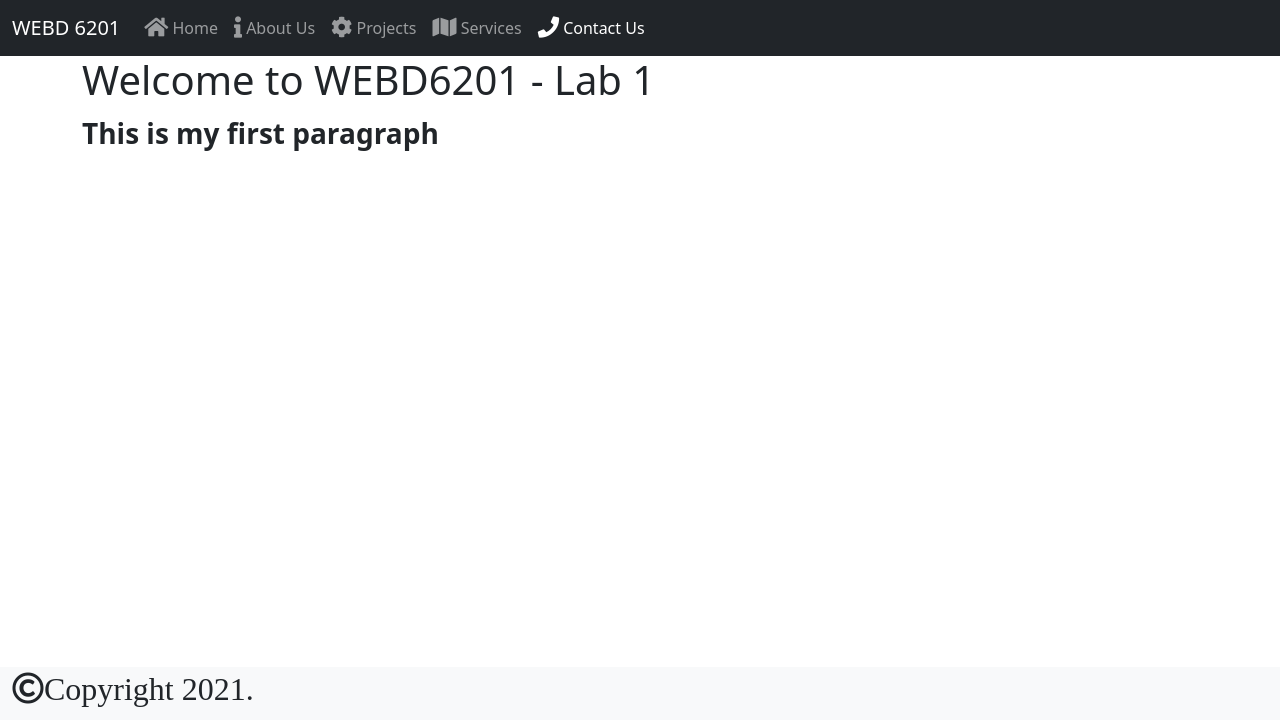
Repository: vans12345678/WEBD6201-W2021-Week3
Page: contact.html
These files come from the project's save history. The page is drawn as it stood at one moment and after the next save; the edit follows.
The browser window is 1280 px wide. The pictures show the whole page.

Above is the page before, as saved 2021-01-21 08:50:01.

### contact.html
<!DOCTYPE html>
<html lang="en">
<head>
    <meta charset="UTF-8">
    <meta name="viewport" content="width=device-width, initial-scale=1.0">
    <title>Contact Us</title>

    <!-- CSS Section -->
    <link rel="stylesheet" href="./node_modules/bootstrap/dist/css/bootstrap.min.css">
    <link rel="stylesheet" href="./node_modules/@fortawesome/fontawesome-free/css/all.min.css">
    <link rel="stylesheet" href="./Content/app.css">
</head>
<body>
  <!-- Main Header -->
    <header>
      <!-- Main Navigation -->
        <nav class="navbar navbar-expand-lg navbar-dark bg-dark">
            <div class="container-fluid">
              <a class="navbar-brand" href="index.html">WEBD 6201</a>
              <button class="navbar-toggler" type="button" data-bs-toggle="collapse" data-bs-target="#navbarSupportedContent" aria-controls="navbarSupportedContent" aria-expanded="false" aria-label="Toggle navigation">
                <span class="navbar-toggler-icon"></span>
              </button>
              <div class="collapse navbar-collapse" id="navbarSupportedContent">
                <ul class="navbar-nav me-auto mb-2 mb-lg-0">
                  <li class="nav-item">
                    <a class="nav-link " aria-current="page" href="index.html"><i class="fas fa-home fa-lg"></i> Home</a>
                  </li>

                  <li class="nav-item">
                    <a class="nav-link" aria-current="page" href="about.html"><i class="fas fa-info fa-lg"></i> About Us</a>
                  </li>

                  <li class="nav-item">
                    <a class="nav-link" aria-current="page" href="projects.html"><i class="fas fa-cog fa-lg"></i> Projects</a>
                  </li>

                  <li class="nav-item">
                    <a class="nav-link" aria-current="page" href="services.html"><i class="fas fa-map fa-lg"></i> Services</a>
                  </li>

                  <li class="nav-item">
                    <a class="nav-link active" aria-current="page" href="contact.html"><i class="fas fa-phone fa-lg"></i> Contact Us</a>
                  </li>
                </ul>
              </div>
            </div>
          </nav>
    </header>
  <!-- Main Contents -->
    <main class="container">
        <h1>Contact Us</h1>
        <p id="paragraphOne"></p>
    </main>
    <!-- Main Footer -->
    <footer>
        <nav class="navbar fixed-bottom navbar-light bg-light">
            <div class="container-fluid">
                <h4><i class="far fa-copyright fa-lg">Copyright 2021.</i></h4>
            </div>
          </nav>
    </footer>
    <!-- Script Section -->
    <script src="./node_modules/jquery/dist/jquery.min.js"></script>
    <script src="./node_modules/bootstrap/dist/js/bootstrap.bundle.min.js"></script>
    <script src="./Scripts/app.js"></script>
</body>
</html>

### Scripts/app.js
/* Custom JavaScript goes here */

//IIFE - Immediately Invoked Function Expression
//AKA - Anonymous Self-Executing Function
//Closure - limits scope leak

"use strict";

(function(){

    function Start()
    {
        console.log("App Started...");

        let paragraphOneText = "This is a simple site to demonstrate DOM Manipulation for ICE 1";
        let paragraphOneElement = document.getElementById("paragraphOne");

        paragraphOneElement.textContent = paragraphOneText;
        //paragraphOneElement.style = "color: blue; font-weight: bold;";
        paragraphOneElement.className = "fs-5 fw-bold text-center";

        //Step 1. document.createElement
        let newParagraph = document.createElement("p");
        //Step 2. Configure the element
        newParagraph.setAttribute("id", "paragraphTwo");
        newParagraph.textContent = "... And this is paragraph two";
        //Step 3. Select parent element
        let mainContent = document.getElementsByTagName("main")[0];
        //Step 4. Add / Insert the element
        mainContent.appendChild(newParagraph);

        newParagraph.className = "fs-6";

        //Another way of injecting content`
        let paragraphDiv = document.createElement('div');
        let paragraphThree =  `<p id = "paragraphThree" class = "fs-7 fw-bold">...And this is the Third paragraph</p>`;
        paragraphDiv.innerHTML = paragraphThree;
        // mainContent.innerHTML = paragraphThree;
        // console.log(paragraphOneElement);

        //insertion before node
        //newParagraph.before(paragraphDiv);

        //insertion after node
        newParagraph.after(paragraphDiv);

        //deletions
        //example of removing a single element
        //paragraphOneElement.remove();

        //example of removeChild
        mainContent.removeChild(paragraphOneElement);

        //update / modification
        //mainContent.firstElementChild.textContent = "Welcome home";

        mainContent.innerHTML =
        `<h1 id = "firstHeading">Welcome to WEBD6201 - Lab 1</h1>
        <p id = "paragraphOne" class = "fs-3 fw-bold">This is my first paragraph</p>
        `;


    }

    window.addEventListener("load", Start);

})();

Loaded but not shown: node_modules/bootstrap/dist/css/bootstrap.min.css (library); node_modules/@fortawesome/fontawesome-free/css/all.min.css (library); Content/app.css (common file); node_modules/jquery/dist/jquery.min.js (library); node_modules/bootstrap/dist/js/bootstrap.bundle.min.js (library)

After the next save:
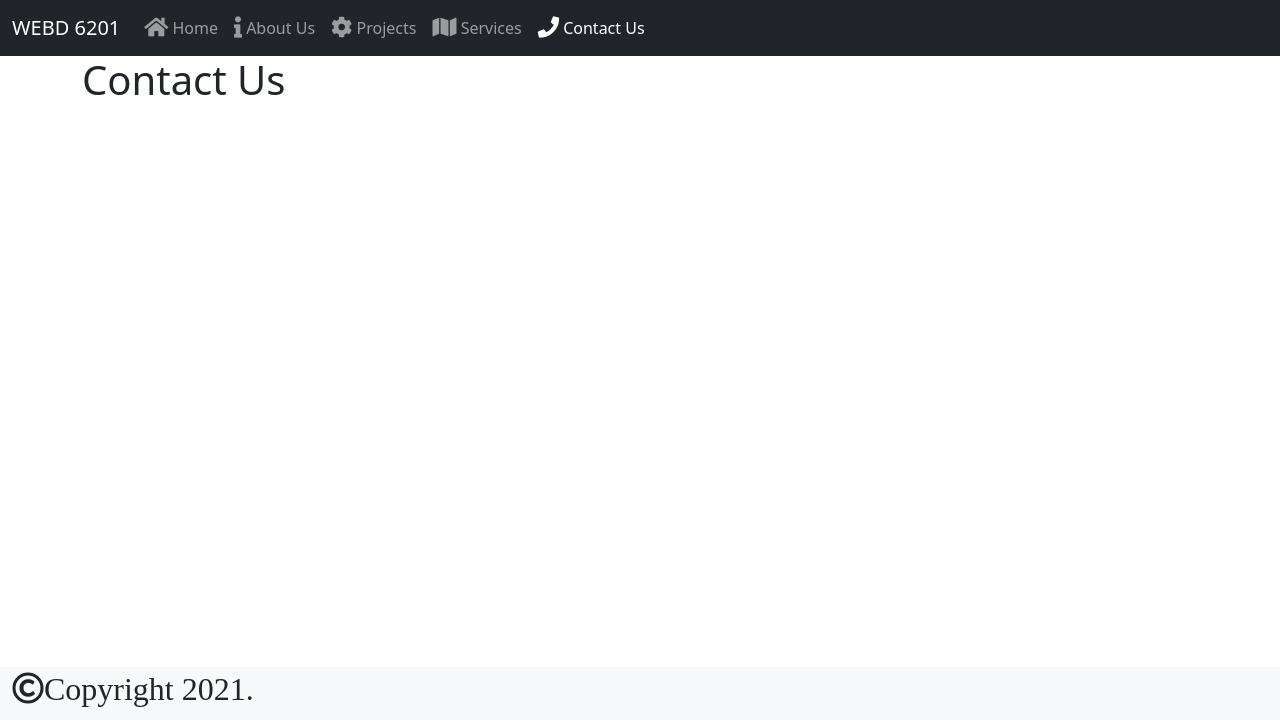
Console error: TypeError: Cannot set properties of null (setting 'textContent')
Saved 4 s later.
--- a/contact.html
+++ b/contact.html
@@ -49,7 +49,6 @@
   <!-- Main Contents -->
     <main class="container">
         <h1>Contact Us</h1>
-        <p id="paragraphOne"></p>
     </main>
     <!-- Main Footer -->
     <footer>
